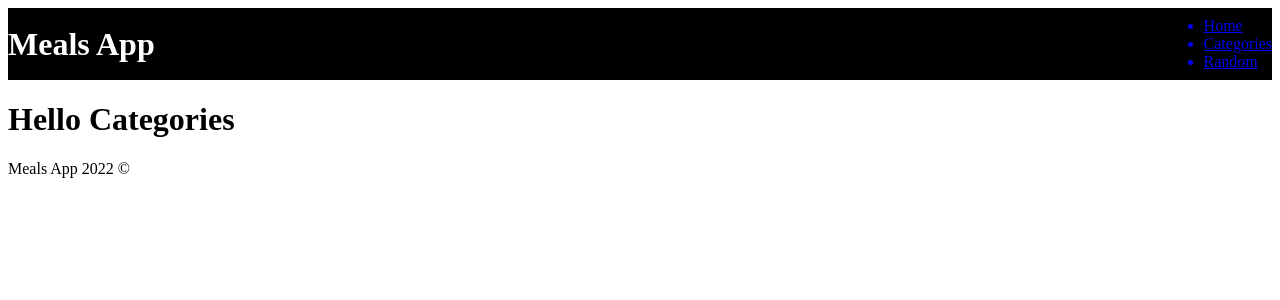
Repository: Shahriddinov/Meals
Page: /categories
An editor plug-in stored every save of this project. The page is shown before and after the next save, followed by the edit.
The browser window is 1280 px wide. The pictures show the whole page.
The project was rebuilt for these pictures with package versions that can differ from the ones it lists, and the page was loaded fresh each time. Also part of the build but not shown: src/components/HomePage/HomePage.js, src/components/RandomMeal/RandomMeal.js.

Above is the page before, as saved 2022-03-21 16:39:30.

After the next save:
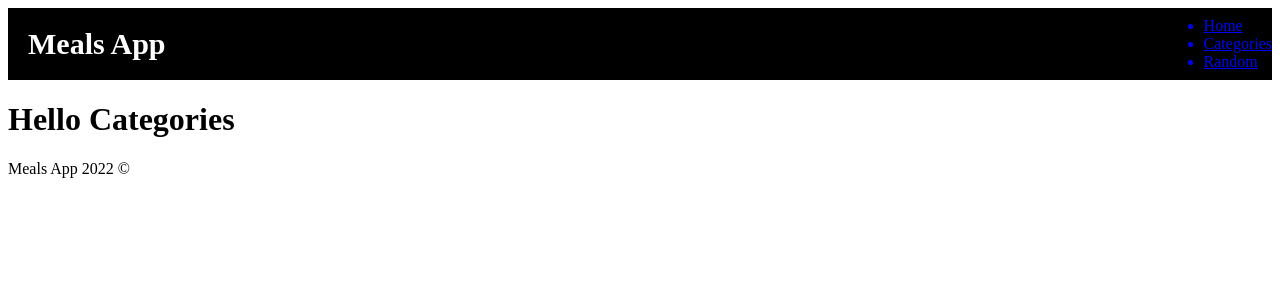
Saved 84 s later.
--- a/src/components/Navbar/Navbar.scss
+++ b/src/components/Navbar/Navbar.scss
@@ -8,5 +8,9 @@
   justify-content: space-between;
   flex-direction: row;
   &-heading {
+    h1 {
+      margin-left: 20px;
+      font-size: 30px;
+    }
   }
 }
